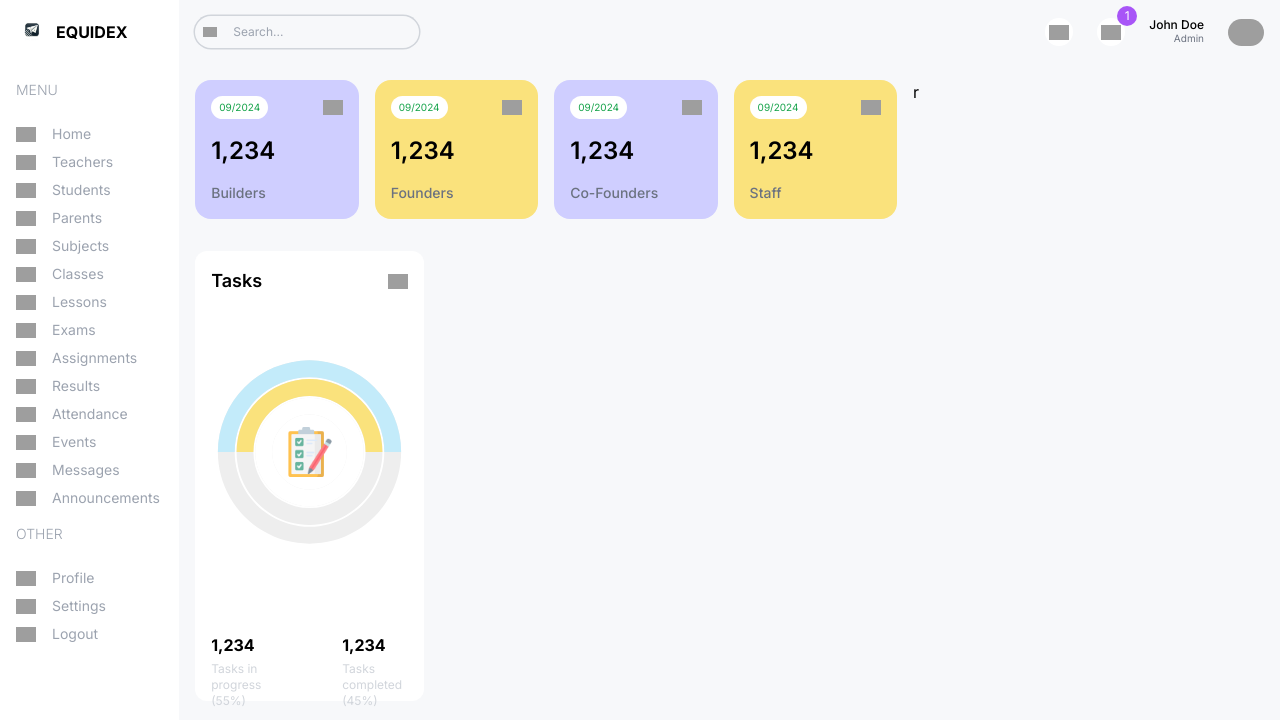
Repository: MikeeBuilds/equidex
Page: /admin
The author's editor kept a copy of each file at every save. The page is drawn from the files as they stood at one save, then again after the next save.
The browser window is 1280 px wide. The pictures show the whole page.
Pictures or frames that could not be fetched are drawn as grey boxes. An inner scrolling area shows only its first screen. The project was rebuilt for these pictures with package versions that can differ from the ones it lists, and the page was loaded fresh each time. The framework's server and built-in components were replaced by stand-ins that run in the browser. Also part of the build but not shown: next.config.mjs.

Above is the page before, as saved 2024-09-24 18:53:17.

After the next save:
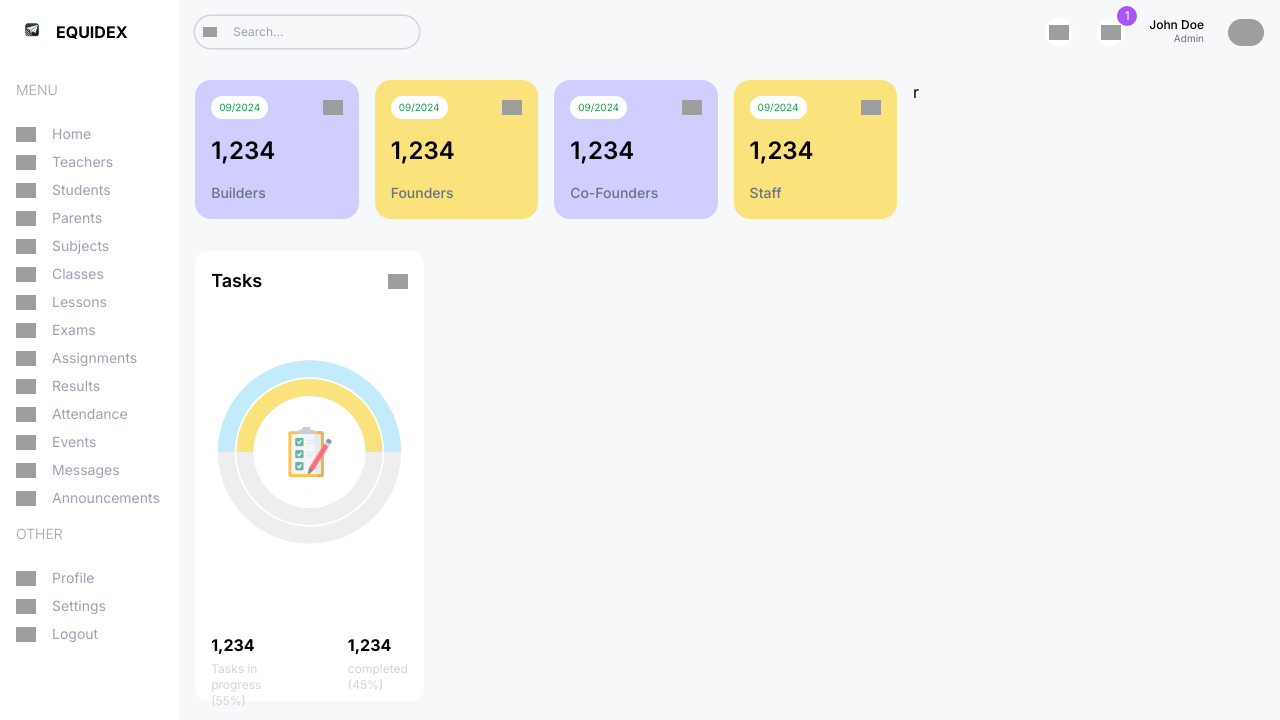
Saved 5 s later.
--- a/src/components/CountChart.tsx
+++ b/src/components/CountChart.tsx
@@ -65,7 +65,7 @@ const CountChart = () => {
         <div className="flex flex-col gap-1">
           <div className="w-5 h-5 bg-lamaYellow rounded-full" />
           <h1 className="font-bold">1,234</h1>
-          <h2 className="text-xs text-gray-300">Tasks completed (45%)</h2>
+          <h2 className="text-xs text-gray-300"> completed (45%)</h2>
         </div>
       </div>
     </div>
